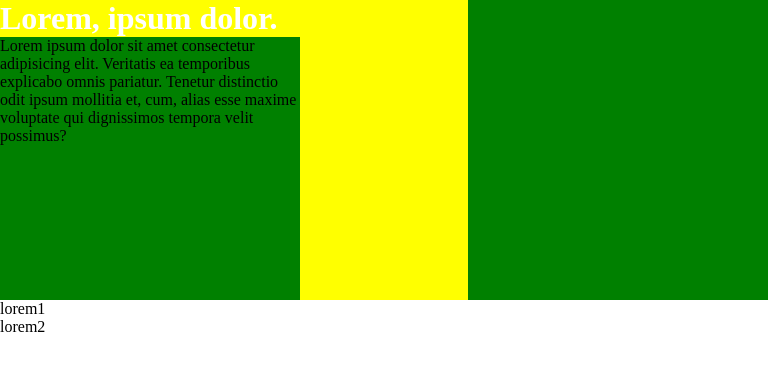
Repository: AytacSafarova/Scss-sample
Page: pages/homePage/index.html
An editor plug-in stored every save of this project. The page is shown before and after a run of saves, followed by the edit.
The browser window is 768 px wide. The pictures show the whole page.
The style sheet was rebuilt from its Sass, Less or Tailwind sources for each picture, by a compiler version that may differ from the author's.

Above is the page before, as saved 2023-11-09 14:32:02.

After the next 2 saves:
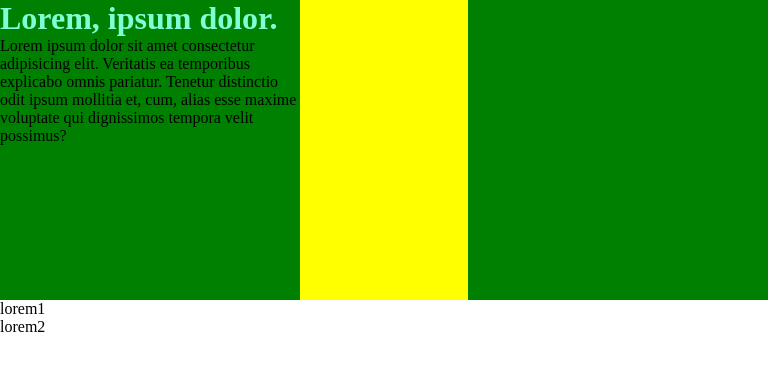
The 2 saves are shown as one change because they came seconds apart.
The last was saved 8 s later.
--- a/pages/homePage/index.scss
+++ b/pages/homePage/index.scss
@@ -30,7 +30,7 @@ $boxColor:green;
      color: white;
       }
       @media screen  and (max-width:768px){
-        background-color:yellow;
+      color: aquamarine;
       }
     }
   }
